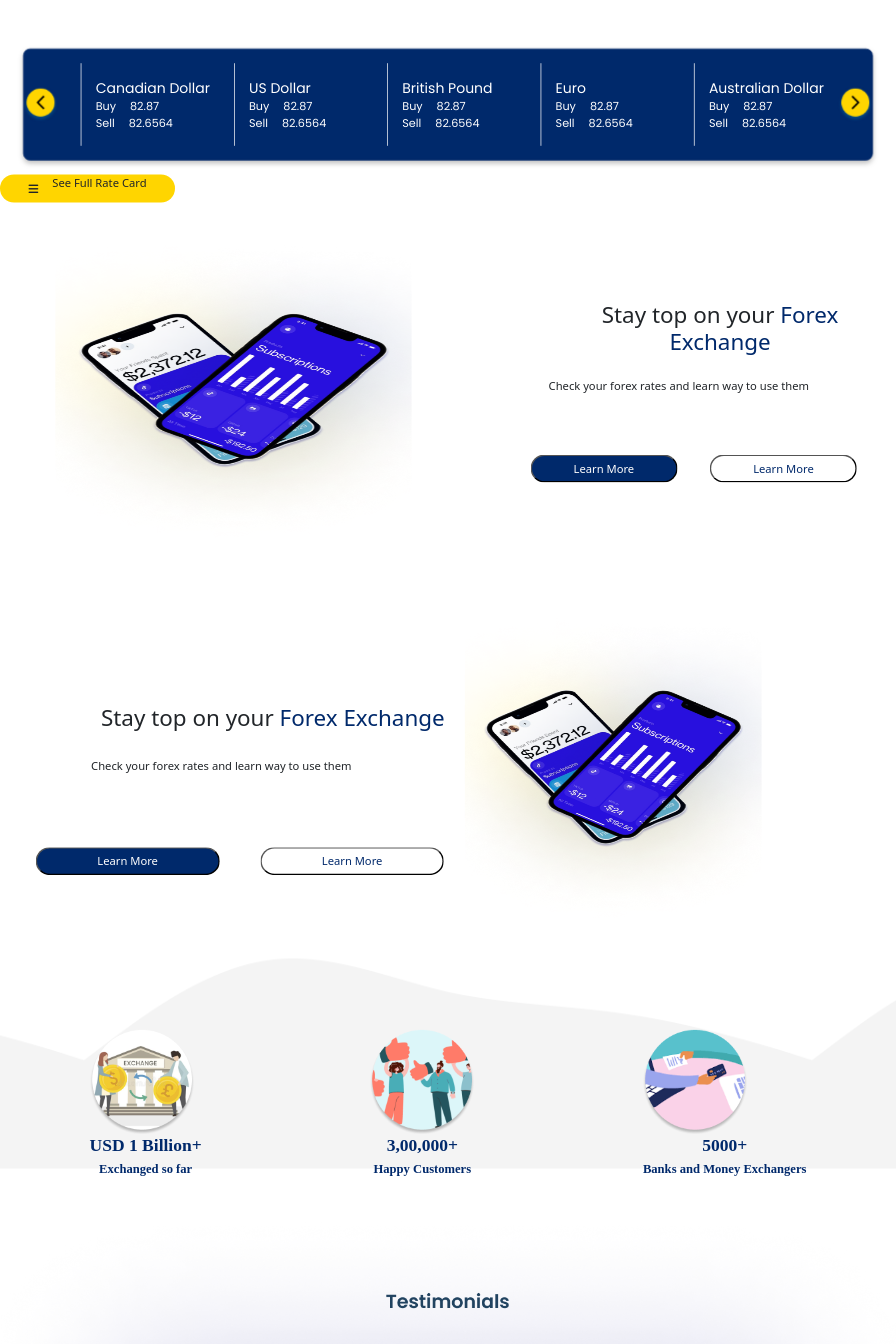
Repository: FlyweisReact/Akshadeep-latest
Page: /
An editor plug-in stored every save of this project. The page is shown before and after the next save, followed by the edit.
The browser window is 1280 px wide. The pictures show the part of the page from y = 715 to 2635 px (the page is 4508 px tall before and 4492 px after), at 70% of full size.
Some web libraries are served in a nearby version. The project was rebuilt for these pictures with package versions that can differ from the ones it lists, and the page was loaded fresh each time. Also part of the build but not shown: src/components/exchange.jsx, src/components/order_p1.jsx, src/components/order_p2.jsx, src/components/faas.jsx, src/components/offer.jsx, src/components/main2.jsx, src/components/home.jsx, src/components/slider.jsx and 6 more.

Above is the page before, as saved 2023-05-23 15:41:54.

### public/index.html
<!DOCTYPE html>
<html lang="en">
  <head>
    <meta charset="utf-8" />
    <link rel="icon" href="%PUBLIC_URL%/favicon.ico" />
    <meta name="viewport" content="width=device-width, initial-scale=1" />
    <meta name="theme-color" content="#000000" />
    <meta
      name="description"
      content="Web site created using create-react-app"
    />
    <link rel="apple-touch-icon" href="%PUBLIC_URL%/logo192.png" />

    <link rel="manifest" href="%PUBLIC_URL%/manifest.json" />
    <link rel="stylesheet" href="https://cdnjs.cloudflare.com/ajax/libs/font-awesome/5.15.3/css/all.min.css" />
    <link href="https://cdn.jsdelivr.net/npm/bootstrap@5.3.0-alpha1/dist/css/bootstrap.min.css" rel="stylesheet" integrity="sha384-GLhlTQ8iRABdZLl6O3oVMWSktQOp6b7In1Zl3/Jr59b6EGGoI1aFkw7cmDA6j6gD" crossorigin="anonymous">
    <title>React App</title>
  </head>
  <body>
    <noscript>You need to enable JavaScript to run this app.</noscript>
    <div id="root"></div>
    <script src="https://kit.fontawesome.com/b533b351e4.js" crossorigin="anonymous"></script>
  </body>
</html>

### src/components/Main.jsx
/** @format */

import React from "react";
import Navbar from "./navbar";
import "react-responsive-carousel/lib/styles/carousel.min.css";
import BottomCont from "./bottom_cont";
import Footer from "./footer";
import img from "../Images/a-7.png";
import img5 from "../Images/a-58.png";
import UpperForm from "./Component/Index/UpperForm";
import UpperSlider from "./Component/Index/UpperSlider";
import CurrencySlider from "./Component/Index/CurrencySlider";

function Main() {
  return (
    <>
      <Navbar />

      <div className="upper-two-component">
        <div className="left-component">
          <UpperForm />
        </div>
        <div className="right-component">
          <UpperSlider />
        </div>
      </div>

      <div className="Index-currency_cont">
        <CurrencySlider />
      </div>

      <div className="Index_center_button">
      <i className="fa-solid fa-bars"></i>
        <p>See Full Rate Card</p>
      </div>

      {/* <div className="main-mid-2-cont">
        <img src={img5} alt="" />
      </div> */}

      <div className="main-2-cont">
        <div className="main-2-left">
          <img src={img} alt="" />
        </div>
        <div className="main-2-right">
          <h2>
            Stay top on your <spam className="sp">Forex Exchange</spam>
          </h2>
          <p>Check your forex rates and learn way to use them</p>
          <div className="main-2-r-btn">
            <button className="main-2l-btn">Learn More</button>
            <button className="main-2r-btn">Learn More</button>
          </div>
        </div>
      </div>
      <div className="main-3-cont">
        <div className="main-3-left">
          <h2>
            Stay top on your <spam className="sp">Forex Exchange</spam>
          </h2>
          <p>Check your forex rates and learn way to use them</p>
          <div className="main-2-r-btn">
            <button className="main-2l-btn">Learn More</button>
            <button className="main-2r-btn">Learn More</button>
          </div>
        </div>
        <div className="main-3-right">
          <img src={img} alt="" />
        </div>
      </div>
      <BottomCont />
      <Footer />
    </>
  );
}

export default Main;

### src/Style/Header.css
/** @format */

.Sticky-Header-Companent {
  height: 100%;
  background-color: var(--white);
  position: sticky;
  top: 0;
  z-index: 999;
  padding: 20px;
  transition: box-shadow 0.3s ease;
}

.scrolled {
  box-shadow: rgba(0, 0, 0, 0.24) 0px 3px 8px;
}

.Header {
  width: 100%;
  display: flex;
  justify-content: space-between;
  align-items: center;
}

.Header .left-component a {
  font-family: InterFont;
  font-size: 2rem;
  color: #000000;
  cursor: pointer;
  text-decoration: none;
}

.Header .right-component {
  display: flex;
  gap: 20px;
}
.Header .right-component .btn1 {
  font-weight: 500;
  font-size: var(--medium-font);
  color: var(--black);
  background-color: transparent;
  border: none;
}
.Header .right-component .btn2 {
  font-size: var(--medium-font);
  color: var(--white);
  background-color : #00296B;
  border: 1px solid #00296B;
  padding: 10px;
  width: 200px;
  border-radius: var(--half-border);
}

/* Category Drop- Down */
.Drop-Category-Bar {
  display: flex;
  align-items: center;
}
.Drop-Category-Bar .left-container {
  width: 20%;
  padding: 20px;
}

.Drop-Category-Bar .right-Container {
  display: flex;
  width: 60%;
  justify-content: space-evenly;
}

.Drop-Category-Bar .left-container i {
  font-size: var(--medium-font);
  cursor: pointer;
}
.Drop-Category-Bar .right-Container #dropdown-basic {
  border: none;
  font-size: var(--medium-font);
  font-style: normal;
  line-height: 29px;
  color: #333131;
}
.Drop-Category-Bar .right-Container #dropdown-button-drop-end {
  width: 100%;
  display: flex;
  justify-content: space-between;
  gap: 20px;
  align-items: center;
  font-size: var(--small-font);
  border: none;
}
.Drop-Category-Bar .right-Container .dropdown-item {
  width: 100%;
  font-size: var(--small-font);
  border: none;
  padding-left: 12px;
}

/* FullScreen Offcanvas */
.offcanvas.offcanvas-start {
  width: 100% !important;
  background-color: transparent;
}
.offcanvas-backdrop.show {
  opacity: 0.9 !important;
}
.Offcanvas-Menu {
  position: relative;
  padding: 20px;
}
.Offcanvas-Menu .fa-x {
  font-size: var(--medium-font);
  color: #fff;
  position: absolute;
  right: 20px;
  top: 20px;
  cursor: pointer;
}
.Offcanvas-Menu .Menu-Items {
  display: flex;
  justify-content: space-evenly;
  align-items: center;
  position: absolute;
  top: 50%;
  gap: 20px;
  left: 50%;
  transform: translate(-50%, -50%);
  width: 100%;
  padding-left: 5%;
  padding-right: 5%;
}
.Offcanvas-Menu .Menu-Items div {
  width: 20%;
  cursor: pointer;
}
.Offcanvas-Menu .Menu-Items div img {
  display: block;
  margin: auto;
}
.Offcanvas-Menu .Menu-Items div a {
  text-decoration: none;
}
.Offcanvas-Menu .Menu-Items p {
  font-size: var(--medium-font);
  color: #ffffff;
  text-align: center;
  margin-top: 10px;
  font-family: OpenFont;
  text-decoration: none;
  width: 100%;
}

### src/Style/Layout.css
/**
 * Two Section Component
 *
 * @format
 */

.upper-two-component {
  display: flex;
  justify-content: space-evenly;
  padding-top: 20px;
}
.upper-two-component .left-component {
  width: 40%;
}
.upper-two-component .right-component {
  width: 50%;
}

/* Currency Container */
.Index-currency_cont {
  width: 98%;
  margin: auto;
  padding: 20px;
  filter: drop-shadow(0px 4px 4px rgba(0, 0, 0, 0.25));
  padding-top: 5%;
}

/* Rate Button */
.Index_center_button {
  width: 250px;
  background: #ffd500;
  border-radius: 27px;
  display: flex;
  gap: 20px;
  justify-content: center;
  align-items: center;
}
.Index_center_button i {
    margin: 0;
}
.Index_center_button i {
    margin: 0;
}

### src/Style/Component.css
/**
 * Upper Form Component
 *
 * @format
 */

.Index-Upper-Form {
  width: 100%;
  padding-top: 20px;
}
.Index-Upper-Form .button-container {
  display: flex;
  align-items: center;
  justify-content: center;
  gap: 10px;
  width: 100%;
}
.Index-Upper-Form .button-container button {
  background-color: #fff;
  color: #333;
  border: 1px solid #ffd500;
  font-size: var(--small-font);
  cursor: pointer;
  padding: 10px;
  width: 20%;
  font-family: OpenFont;
  border-radius: 4px;
  transition: 0.5s;
}
.Index-Upper-Form .button-container button:hover {
  background: #ffd500;
}
.Index-Upper-Form .form-cont {
  width: 100%;
  margin-top: 10px;
  background: #00296b;
  border: 1px solid #333131;
  box-shadow: 0px 0px 100px 8px rgba(255, 213, 0, 0.3);
  border-radius: 12px;
  position: relative;
  padding: 20px;
}
.Index-Upper-Form .form-cont .form-part-1 .two-cont {
  display: flex;
  justify-content: space-between;
  width: 100%;
}
.Index-Upper-Form .form-cont .form-part-1 .two-cont div {
  width: 45%;
}
.Index-Upper-Form .form-cont .form-part-1 .two-cont div label {
  color: var(--white);
  font-size: var(--extra-small-font);
  font-family: PoppinFont;
  line-height: 24px;
  color: #ffffff;
}

.Index-Upper-Form .form-cont .form-part-1 .two-cont div select {
  width: 100%;
  margin-top: 3px;
  outline: none;
  font-size: var(--extra-small-font);
  color: #897f7f;
  font-family: PoppinFont;
  padding: 10px;
  border-radius: 4px;
  border: 1px solid #897f7f;
}
.Index-Upper-Form .form-cont .form-part-1 .rate {
  font-size: 16px;
  line-height: 24px;
  color: #ffffff;
  margin-top: 10px;
  font-family: PoppinFont;
}
.Index-Upper-Form .form-cont .form-part-1 .two-cont div input {
  width: 100%;
  margin-top: 3px;
  outline: none;
  font-size: var(--extra-small-font);
  color: #897f7f;
  font-family: PoppinFont;
  padding: 10px;
  border-radius: 4px;
  border: 1px solid #897f7f;
}
.Index-Upper-Form .form-cont .form-part-1 .two-cont div input::placeholder {
  color: #897f7f;
}
.Index-Upper-Form .form-cont .form-part-1 .two-cont .two-section {
  display: flex;
  gap: 10px;
  color: var(--white);
  margin-top: 10px;
  align-items: center;
}
.Index-Upper-Form .form-cont .form-part-1 .two-cont .two-section p {
  margin: 0;
  font-family: PoppinFont;
}
.Index-Upper-Form .form-cont .form-part-1 .two-cont .two-section button {
  background-color: #214360;
  outline: none;
  border: 1px solid #214360;
  color: var(--white);
  font-family: PoppinFont;
}
.Index-Upper-Form .form-cont .form-part-1 .two-cont .two-section i {
  color: #ffd500;
}
.Index-Upper-Form .form-cont .form-part-1 .two-cont .two-section .add {
  color: #ffd500;
  text-decoration: underline;
}
.Index-Upper-Form .form-cont .ord-btn {
  font-size: var(--medium-font);
  font-family: PoppinFont;
  background: #ffd500;
  border-radius: 30.2748px;
  border: none;
  width: 40%;
  padding: 10px;
  display: block;
  margin: auto;
  position: absolute;
  top: 98%;
  cursor: pointer;
  left: 50%;
  transform: translate(-50%, -50%);
}

/* Slick Slider */
.slick-slider-Cont {
  position: relative;
}
.slick-slider-Cont .Prev-Next_cont {
  display: flex;
  justify-content: space-between;
}
.slick-slider-Cont .Prev-Next_cont .PrevImg {
  position: absolute;
  top: 50%;
  left: 5%;
  transform: translate(-50%, -50%);
  cursor: pointer;
}
.slick-slider-Cont .Prev-Next_cont .NextImg {
  position: absolute;
  top: 50%;
  left: 95%;
  transform: translate(-50%, -50%);
  cursor: pointer;
}

.Slick-Slider {
  height: 100%;
  padding: 20px;
}
.Slick-Slider .slider-container-div {
  width: 100%;
}
.Slick-Slider .slider-container-div p {
  font-family: PoppinFont;
  font-size: 24px;
  line-height: 40px;
  color: #000;
  text-align: center;
  margin: 0;
}
.Slick-Slider .slider-container-div img {
  display: block;
  margin: auto;
}
.Slick-Slider:focus {
  border: none !important;
}
.Slick-Slider:active {
  border: none !important;
}

.Slick-Slider .slider-container-div .two-comp {
  display: flex;
  justify-content: space-evenly;
  gap: 10px;
}
.Slick-Slider .slider-container-div .two-comp .left-comp {
  width: 45%;
  position: relative;
}
.Slick-Slider .slider-container-div .two-comp .left-comp img {
  position: absolute;
  top: 50%;
  left: 50%;
  transform: translate(-50%, -50%);
}
.Slick-Slider .slider-container-div .two-comp .right-comp {
  width: 60%;
}
.Slick-Slider .slider-container-div .two-comp .right-comp div {
  display: flex;
  padding-top: 20px;
  gap: 20px;
  align-items: center;
}
.Slick-Slider .slider-container-div .two-comp .right-comp p {
  margin: 0;
  font-size: var(--extra-small-font);
  line-height: normal;
  width: 90%;
  text-align: left;
}
.Slick-Slider .slider-container-div .two-comp .right-comp i {
  margin: 0;
  background-color: #00a067;
  color: #fff;
  border-radius: 100%;
  padding: 5px;
}


/* Currency-Slider  */
.currency_slider_cont{
  background-color: #00296B;
  border: 1px solid #00296B;
  border-radius: 10px;
  position: relative;
  width: 100%;
}
.currency_slider_cont .currency_slider{
  height: 100%;
  padding: 20px;
  padding-left: 5%;
  padding-right: 5%;
}
.currency_slider_cont .currency_slider:focus {
  border: none !important;
}
.currency_slider_cont .currency_slider:active {
  border: none !important;
}

.currency_slider_cont .currency_slider .Item{
  color: #fff;
  border-right: 1px solid #fff;
  padding: 20px;
  width: 20%;
}
.currency_slider_cont .currency_slider .Item p{
  margin: 0;
}
.currency_slider_cont .currency_slider .Item .head{
  font-family: PoppinFont;
  font-size: var(--medium-font);
}
.currency_slider_cont .currency_slider .Item .two_sec{
  display: flex;
  align-items: center;
  gap: 20px;
}
.currency_slider_cont .currency_slider .Item .two_sec p{
  font-family: PoppinFont;
font-size: var(--extra-small-font);
}
.currency_slider_cont .Prev-Next_cont {
  display: flex;
  justify-content: space-between;
}
.currency_slider_cont .Prev-Next_cont .PrevImg {
  position: absolute;
  top: 50%;
  left: 2%;
  transform: translate(-50%, -50%);
  cursor: pointer;
}
.currency_slider_cont .Prev-Next_cont .NextImg {
  position: absolute;
  top: 50%;
  left: 98%;
  transform: translate(-50%, -50%);
  cursor: pointer;
}

.slick-prev:before {
  display: none !important;
}
.slick-next:before{
  display: none
  ;
}

### src/components/navbar.jsx
import Header from "./Layout/Header";

const Navbar = () => {
  return (
    <>
      <Header />

    </>
  );
};

export default Navbar;

### src/components/bottom_cont.jsx
import React from "react";
import img from "../Images/a-33.png";
import img2 from "../Images/a-34.png";
import img3 from "../Images/a-35.png";
import img4 from "../Images/a-36.png";
import img5 from "../Images/a-37.png";
import img6 from "../Images/a-51.png";

const BotCont = () => {
  return (
    <>
      <div className="bot-part-1">
        <div className="bot-cont-imgs">
          <div>
            <img src={img} />
            <h6>USD 1 Billion+</h6>
            <p>Exchanged so far</p>
          </div>
          <div>
            <img src={img2} />
            <h6>3,00,000+</h6>
            <p>Happy Customers</p>
          </div>
          <div>
            <img src={img3} />
            <h6>5000+</h6>
            <p>Banks and Money Exchangers</p>
          </div>
        </div>
      </div>
      <div className="bot-part-3">
        <img src={img6} />
      </div>
      <div className="bot-part-2">
        <h3>Media Mentions</h3>
        <div className="bot-part-2-sub">
          <div className="bot-cont-card">
            <h4>Loren Ipsum Id best Platform out there</h4>
            <p>
              Lorem Ipsum is simply dummy text of the printing and typesetting
              industry. Lorem Ipsum has been the industry's standard dummy text
              ever since the 1500s, when an unknown printer took a galley of
              type and scrambled it to make a type specimen book.
            </p>
            <div className="thin-line"></div>
            <div className="bot-cont-card-2">
              <img src={img4} />
              <p>5 star</p>
            </div>
          </div>
          <div className="bot-cont-card">
            <h4>Loren Ipsum Id best Platform out there</h4>
            <p>
              Lorem Ipsum is simply dummy text of the printing and typesetting
              industry. Lorem Ipsum has been the industry's standard dummy text
              ever since the 1500s, when an unknown printer took a galley of
              type and scrambled it to make a type specimen book.
            </p>
            <div className="thin-line"></div>
            <div className="bot-cont-card-2">
              <img src={img5} style={{height:"40px"}} />
              <p>5 star</p>
            </div>
          </div>
        </div>
      </div>
    </>
  );
};

export default BotCont;

### src/components/footer.jsx
import React from "react";

const Footer = () => {
  return (
    <footer className="footer">
      <div className="footer-cont">
        <div className="foot-row">
          <div className="foot-col">
            <h3>Company</h3>
            <p>About Us</p>
            <p>Contact Us</p>
            <p>Careers</p>
          </div>
          <div className="foot-col">
            <h3>Services</h3>
            <p>Prepaid Travel Card</p>
            <p>Foreign Demand Draft</p>
            <p>Foreign Currency</p>
            <p>Educational Loans</p>
            <p>Remmittance</p>
            <p>Travel Insurance</p>
            <p>Forex as a Service (Faas Solution)</p>
          </div>
          <div className="foot-col">
            <h3>Quick Links</h3>
            <p>FAQs</p>
            <p>Cancellation & Refund Policy</p>
            <p>Forex Rates</p>
            <p>Our Policies</p>
            <p>Terms of Use</p>
            <p>Site Map</p>
            <p>Offers</p>
          </div>
          <div className="foot-col">
            <h3>Insight</h3>
            <p>Blogs</p>
            <p>Press Release</p>
            <p>Foreign Currency</p>
            <p>Educational Loans</p>
            <p>Remmittance</p>
            <p>Travel Insurance</p>
            <p>Forex as a Service (Faas Solution)</p>
          </div>
          <div className="foot-col">
            <h3>Registered Office Address</h3>
            <p>Lorem Ipsum Pvt ltd.</p>
            <p>P-701 to P-705 lorem ipsum , 7th floor, 11th tower, panchsheel primerose, vatista
                , Gurugram, Hariyana
            </p>
            {/*<ul className="social-icons">
              <li>
                <a href="#">
                  <i className="fab fa-facebook-f"></i>
                </a>
              </li>
              <li>
                <a href="#">
                  <i className="fab fa-twitter"></i>
                </a>
              </li>
              <li>
                <a href="#">
                  <i className="fab fa-linkedin"></i>
                </a>
              </li>
              <li>
                <a href="#">
                  <i className="fab fa-instagram"></i>
                </a>
              </li>
            </ul>*/}
          </div>
        </div>
      </div>
      <div className="footer-bottom">
        <p>&copy; 2023 Forex Inc. All Rights Reserved.</p>
      </div>
    </footer>
  );
};

export default Footer;

### src/components/signup.jsx
import Button from "react-bootstrap/Button";
import Modal from "react-bootstrap/Modal";

function MyVerticallyCenteredModal(props) {
  return (
    <Modal
      {...props}
      size="lg"
      aria-labelledby="contained-modal-title-vcenter"
      centered
    >
      <Modal.Body>
        <div className="popupe-container">
          <div className="popupe">
            <span className="close" onClick={props.onHide}>
              &times;
            </span>
            <h2 className="form-title">Register</h2>
            <form>
              <div class="form-groupe">
                <label for="name" className="label-inp">Name</label>
                <input type="text" id="name" name="name" placeholder="Enter your name here" />
              </div>
              <div class="form-groupe">
                <label for="mobile" className="label-inp">Mobile Number</label>
                <input type="email" id="email" name="email" placeholder="Enter your mobile no here"/>
              </div>
              <div class="form-groupe">
                <label for="email" className="label-inp">Email</label>
                <input type="email" id="email" name="email" placeholder="Enter your email here"/>
              </div>
              <button type="submit" className="btn-form-submit">Submit</button>
            </form>
            <h2 className="form-title">Or</h2>
            <div className="form-bot-cont">
              <div className="left-btn">
                  <button className="btn-2">
                  <i class="fab fa-facebook-f fc" ></i>
                  facebook</button>
              </div>
              <div className="right-btn">
                  <button className="btn-2">
                  <i class="fab fa-google-plus-g gl"></i>
                    Google</button>
              </div>
            </div>
            </div>
          </div>
      </Modal.Body>
    </Modal>
  );
}

export default MyVerticallyCenteredModal;

### src/components/login.jsx

import Modal from "react-bootstrap/Modal";

function MyVerticallyCenteredModal(props) {
  return (
    <Modal
      {...props}
      size="lg"
      aria-labelledby="contained-modal-title-vcenter"
      centered
    >
      <Modal.Body>
        <div className="popupe-container">
          <div className="popupe">
            <span className="close" onClick={props.onHide}>
              &times;
            </span>
            <h2 className="form-title">Login</h2>
            <form>
              <div class="form-groupe">
                <label for="name" className="label-inp">Mobile Number/ Email Id</label>
                <input type="text" id="name" name="name" placeholder="Enter mobile number/ email Id" />
              </div>
              <button type="submit" className="btn-form-submit">Submit</button>
            </form>
            </div>
            <h2 className="form-title">Or</h2>
            <div className="form-bot-cont">
              <div className="left-btn">
                  <button className="btn-2">
                  <i class="fab fa-facebook-f fc" ></i>
                  facebook</button>
              </div>
              <div className="right-btn">
                  <button className="btn-2">
                  <i class="fab fa-google-plus-g gl"></i>
                    Google</button>
              </div>
            </div>
          </div>
      </Modal.Body>
    </Modal>
  );
}

export default MyVerticallyCenteredModal;

Loaded but not shown: src/Json/menu.json (187 lines, source omitted); src/components/Component/Index/UpperSlider.js (180 lines, source omitted); src/components/Component/Index/CurrencySlider.js (162 lines, source omitted); src/components/Component/Index/UpperForm.js (74 lines, source omitted); src/components/Layout/DropBar.js (60 lines, source omitted); src/components/Layout/Sidebar.js (70 lines, source omitted); src/App.js (50 lines, source omitted); src/components/Layout/Header.js (56 lines, source omitted); src/index.js (13 lines, source omitted); src/index.css (2406 lines, source omitted)

After the next save:
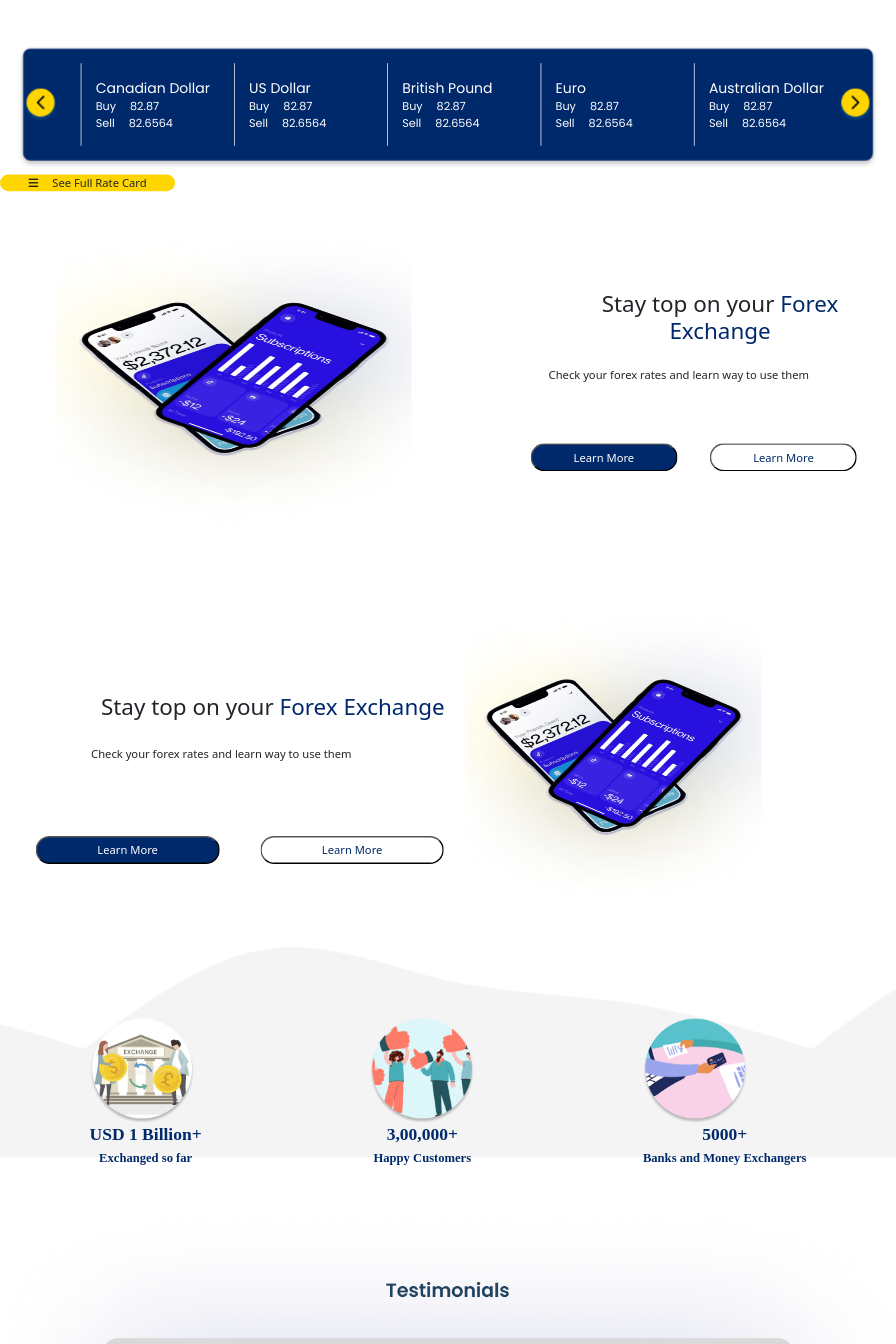
Saved 4 s later.
--- a/src/Style/Layout.css
+++ b/src/Style/Layout.css
@@ -38,6 +38,6 @@
 .Index_center_button i {
     margin: 0;
 }
-.Index_center_button i {
+.Index_center_button p{
     margin: 0;
 }
